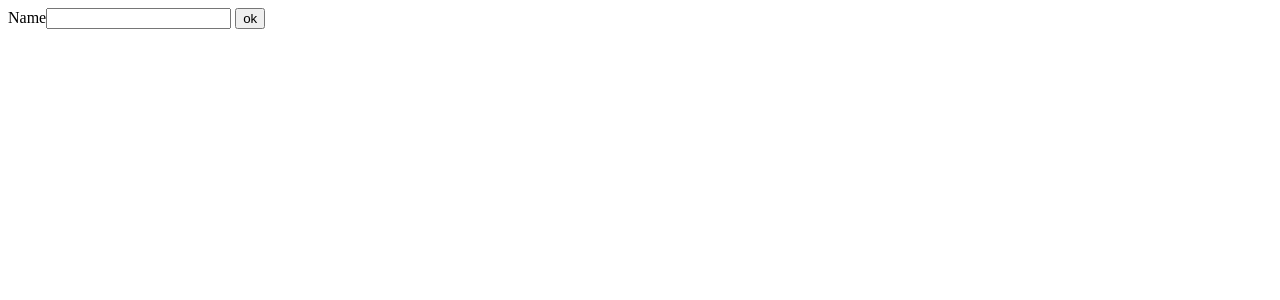
Repository: supadhyaya/JSP
Page: http://localhost/Deployment/form.jsp
An editor plug-in stored every save of this project. The page is shown before and after the next save, followed by the edit.
The browser window is 1280 px wide. The pictures show the whole page.
The page is served by Tomcat 9. Other server files are loaded and not shown.

Above is the page before, as saved 2014-11-26 20:14:55.

### Deployment/WebContent/form.jsp
<%@ page language="java" contentType="text/html; charset=UTF-8"
    pageEncoding="UTF-8"%>
<!DOCTYPE html PUBLIC "-//W3C//DTD HTML 4.01 Transitional//EN" "http://www.w3.org/TR/html4/loose.dtd">
<html>
<head>
<meta http-equiv="Content-Type" content="text/html; charset=UTF-8">
<title>Insert title here</title>
</head>
<body>

<form action="/Deployment/LoginController" method="get"></form>

Name<input type="text" name ="loginName" />
<input type = "button" value= "ok"/>

</body>
</html>

After the next save:
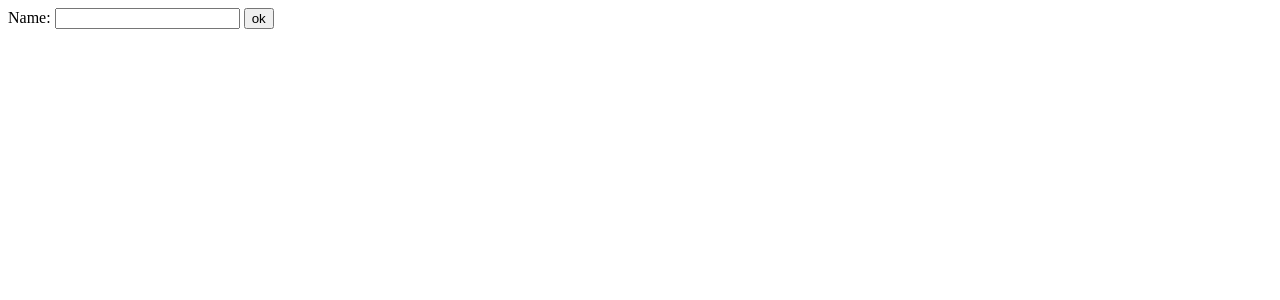
Saved 12 s later.
--- a/Deployment/WebContent/form.jsp
+++ b/Deployment/WebContent/form.jsp
@@ -10,7 +10,7 @@
 
 <form action="/Deployment/LoginController" method="get"></form>
 
-Name<input type="text" name ="loginName" />
+Name: <input type="text" name ="loginName" />
 <input type = "button" value= "ok"/>
 
 </body>
